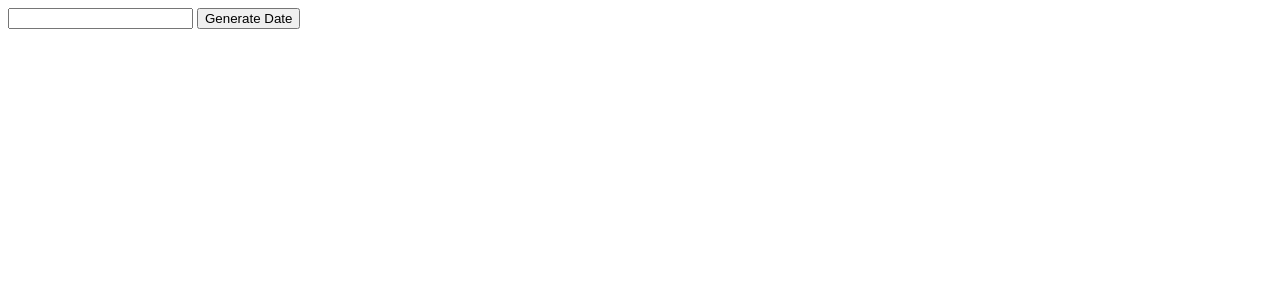
Repository: jfjadloc/jfjadloc.github.io
Page: Timestamp/index.html
An editor plug-in stored every save of this project. The page is shown before and after the next save, followed by the edit.
The browser window is 1280 px wide. The pictures show the whole page.

Above is the page before, as saved 2022-02-27 20:45:23.
Console error: TypeError: Cannot read properties of null (reading 'innerHTML')

After the next save:
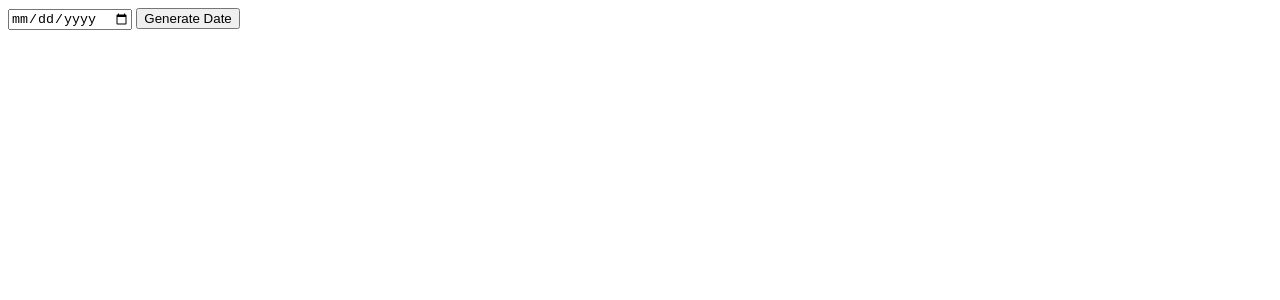
Saved 20 s later.
--- a/Timestamp/index.html
+++ b/Timestamp/index.html
@@ -14,7 +14,7 @@
     </script>
 </head>
 <body>
-    <input type="text" name="date_input" id="date_input">
+    <input type="date" name="date_input" id="date_input">
     <button id="myBtn" onclick="displayDate()">Generate Date</button>
 
     <p id="answer"></p>

After the save that followed:
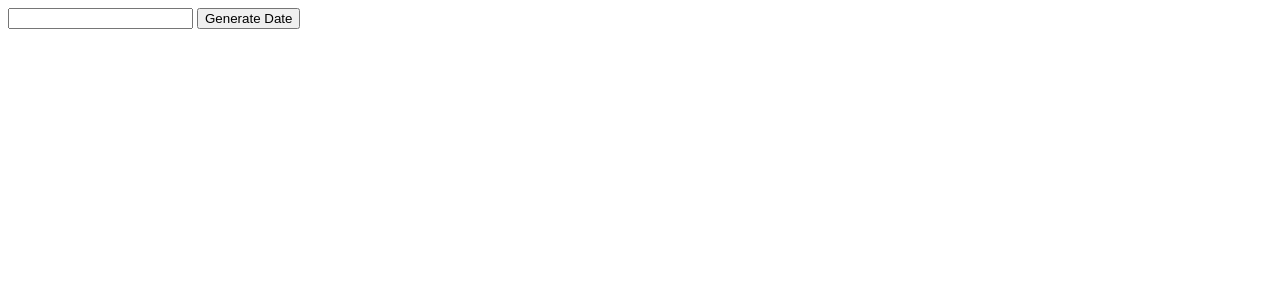
Saved 8 s later.
--- a/Timestamp/index.html
+++ b/Timestamp/index.html
@@ -14,7 +14,7 @@
     </script>
 </head>
 <body>
-    <input type="date" name="date_input" id="date_input">
+    <input type="datetime" name="date_input" id="date_input">
     <button id="myBtn" onclick="displayDate()">Generate Date</button>
 
     <p id="answer"></p>
